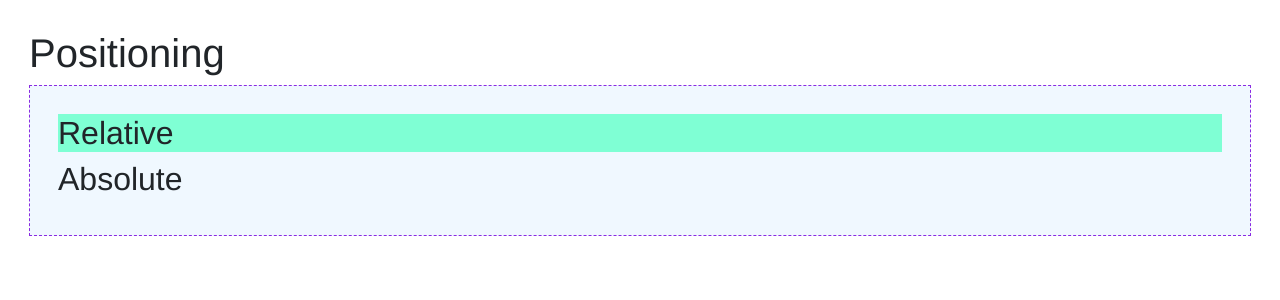
Repository: alboss/bit-175
Page: docs/positioning.html
An editor plug-in stored every save of this project. The page is shown before and after a run of saves, followed by the edit.
The browser window is 1280 px wide. The pictures show the whole page.

Above is the page before, as saved 2023-04-24 11:41:01.

After the next 5 saves:
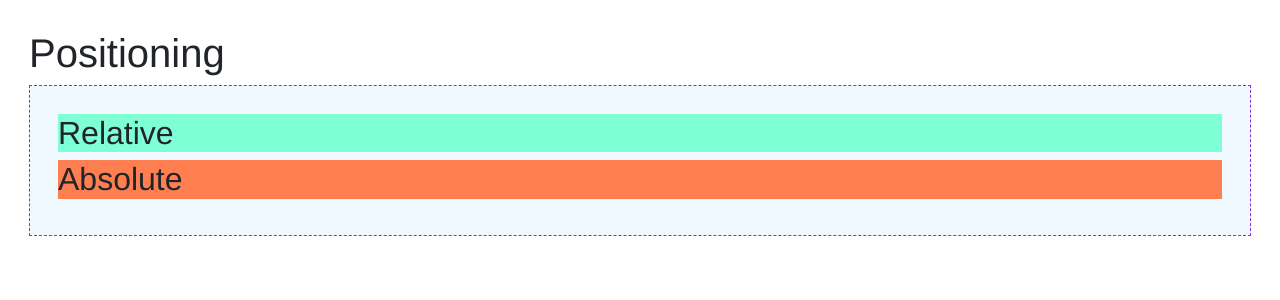
The 5 saves are shown as one change because they came seconds apart.
The last was saved 14 s later.
--- a/docs/positioning.html
+++ b/docs/positioning.html
@@ -46,10 +46,10 @@
         background-color:dodgerblue;
       }
       #thing-2 {
-        background-color:chocolate
+        background-color:chocolate;
       }
       #thing-2-a {
-        background-color
+        background-color:coral;
       }
       #thing-2-a-a {
         background-color
